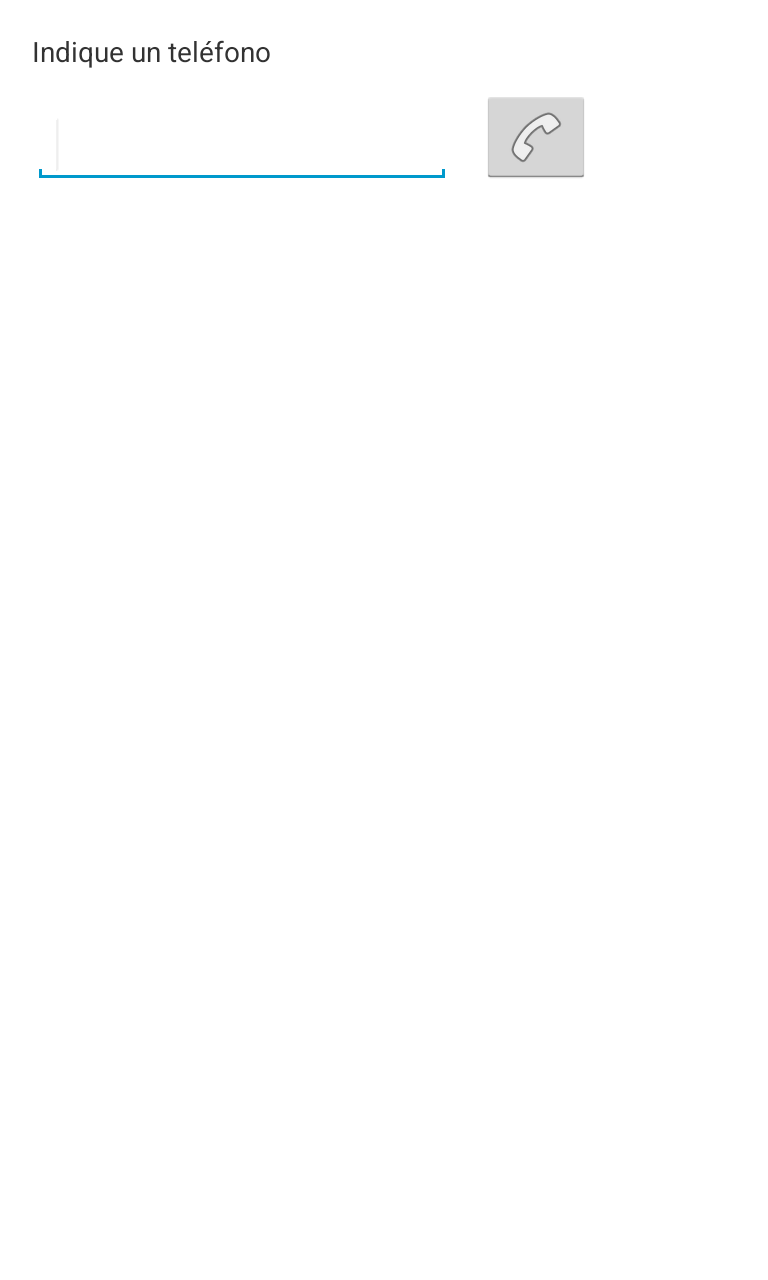
Repository: paullfull21/pmdm
Layout: RealizarLlamada/res/layout/activity_llamada.xml
These files come from the project's save history. The layout is drawn as it stood at one moment and after the next save; the edit follows.
It is drawn on a 768 x 1280 px phone screen (xhdpi) without system bars, with theme AppTheme; the app's code is not run.

Above is the layout before, as saved 2013-10-02 11:33:12.

After the next save:
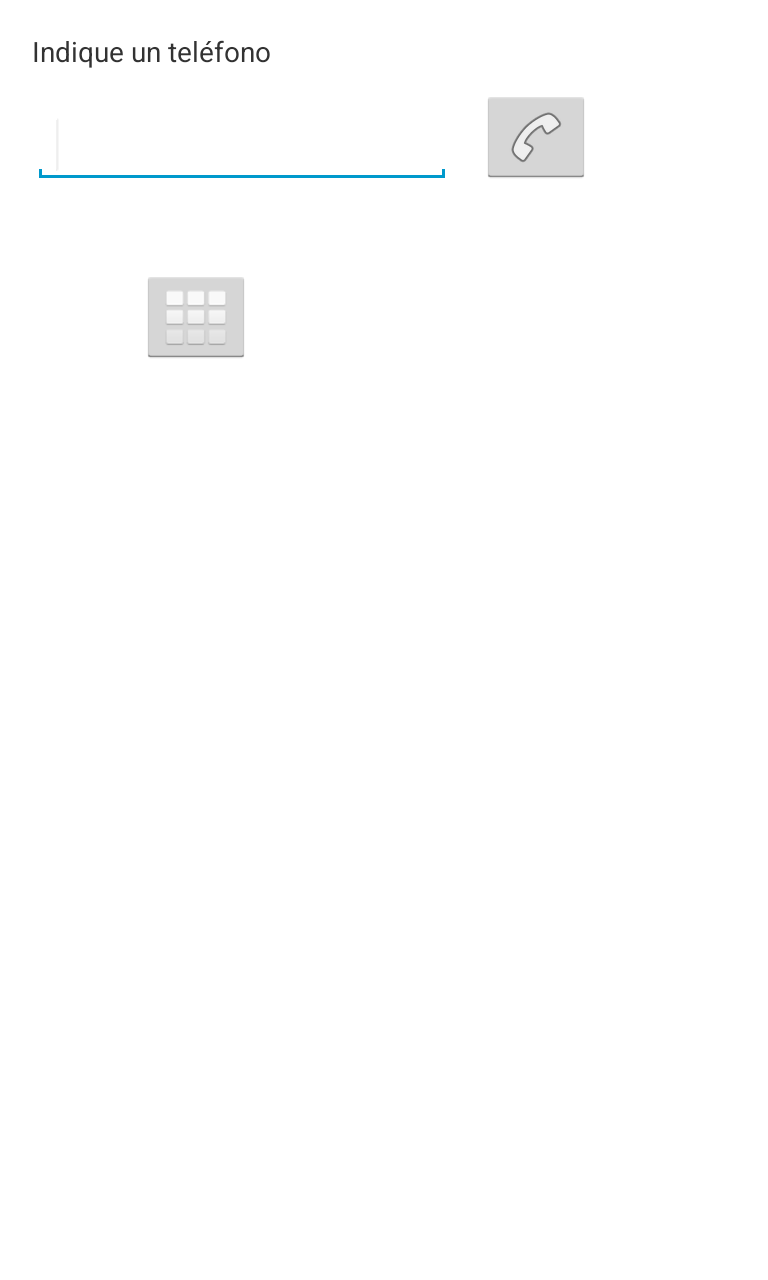
Saved 77 s later.
--- a/RealizarLlamada/res/layout/activity_llamada.xml
+++ b/RealizarLlamada/res/layout/activity_llamada.xml
@@ -36,6 +36,14 @@
         android:layout_toRightOf="@+id/phoneNumber"
         android:src="@android:drawable/ic_menu_call" />
 
-
+    <ImageButton
+        android:id="@+id/buttonDial"
+        android:layout_width="wrap_content"
+        android:layout_height="wrap_content"
+        android:layout_alignLeft="@+id/phoneNumber"
+        android:layout_below="@+id/phoneNumber"
+        android:layout_marginLeft="54dp"
+        android:layout_marginTop="42dp"
+        android:src="@android:drawable/ic_dialog_dialer" />
 
 </RelativeLayout>
